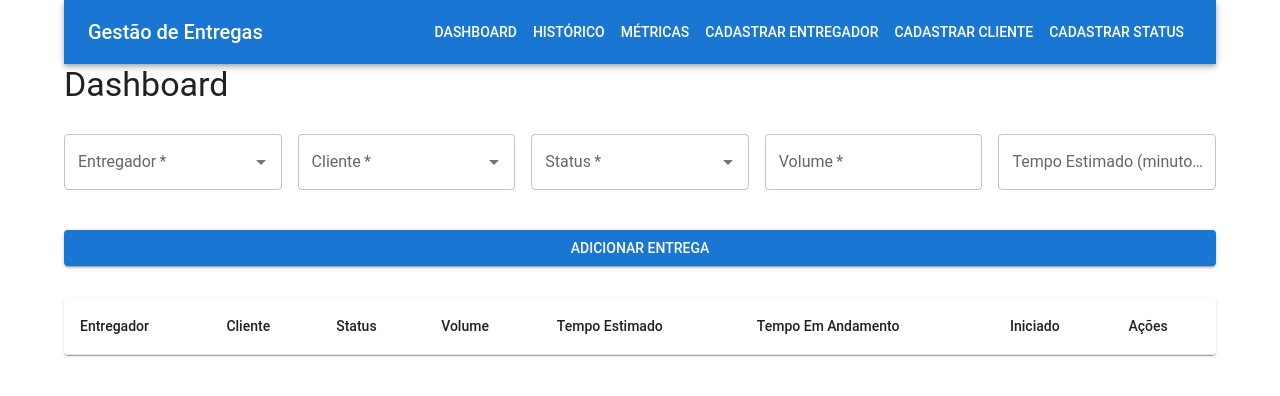
Repository: feliperanon/mobilegestao
Page: /dashboard (app in frontend/)
The author's editor kept a copy of each file at every save. The page is drawn from the files as they stood at one save, then again after a run of saves.
The browser window is 1280 px wide. The pictures show the whole page.
The page's requests for data from a server got no answer. The project was rebuilt for these pictures with package versions that can differ from the ones it lists, and the page was loaded fresh each time. No one was signed in, and anything a server would have sent is missing. Also part of the build but not shown: frontend/webpack.config.js, frontend/src/pages/Home.js, frontend/src/pages/History.js, frontend/src/pages/Analysis.js, frontend/src/components/Login.js, frontend/src/components/Register.js, frontend/src/components/AddEntregador.js, frontend/src/components/AddCliente.js and 2 more.

Above is the page before, as saved 2024-07-20 19:54:09.

### frontend/public/index.html
<!-- frontend/public/index.html -->

<!DOCTYPE html>
<html lang="en">
<head>
    <meta charset="UTF-8">
    <meta name="viewport" content="width=device-width, initial-scale=1.0">
    <title>Mobile Gestão</title>
</head>
<body>
    <div id="root"></div>
</body>
</html>

### frontend/src/index.js
import React from 'react';
import { createRoot } from 'react-dom/client';
import { BrowserRouter as Router, Route, Routes } from 'react-router-dom';
import { ThemeProvider, createTheme } from '@mui/material/styles';
import CssBaseline from '@mui/material/CssBaseline';
import Home from './pages/Home';
import History from './pages/History';
import Analysis from './pages/Analysis';
import Dashboard from './components/Dashboard';
import Login from './components/Login';
import Register from './components/Register';
import AddEntregador from './components/AddEntregador';
import AddCliente from './components/AddCliente';
import AddStatus from './components/AddStatus';
import Metrics from './components/Metrics';

const theme = createTheme({
  palette: {
    primary: {
      main: '#1976d2',
    },
    secondary: {
      main: '#dc004e',
    },
  },
  typography: {
    fontFamily: 'Roboto, Arial, sans-serif',
  },
});

const container = document.getElementById('root');
const root = createRoot(container);

root.render(
  <ThemeProvider theme={theme}>
    <CssBaseline />
    <Router>
      <Routes>
        <Route path="/" element={<Home />} />
        <Route path="/login" element={<Login />} />
        <Route path="/register" element={<Register />} />
        <Route path="/dashboard" element={<Dashboard />} />
        <Route path="/history" element={<History />} />
        <Route path="/analysis" element={<Analysis />} />
        <Route path="/metrics" element={<Metrics />} />
        <Route path="/add-entregador" element={<AddEntregador />} />
        <Route path="/add-cliente" element={<AddCliente />} />
        <Route path="/add-status" element={<AddStatus />} />
      </Routes>
    </Router>
  </ThemeProvider>
);

### frontend/src/components/Dashboard.js
import React, { useEffect, useState } from 'react';
import axios from 'axios';
import {
  Container,
  Typography,
  Box,
  Button,
  Table,
  TableBody,
  TableCell,
  TableContainer,
  TableHead,
  TableRow,
  Paper,
  IconButton,
  Dialog,
  DialogActions,
  DialogContent,
  DialogContentText,
  DialogTitle,
  TextField,
} from '@mui/material';
import Autocomplete from '@mui/material/Autocomplete';
import EditIcon from '@mui/icons-material/Edit';
import DeleteIcon from '@mui/icons-material/Delete';
import DoneIcon from '@mui/icons-material/Done';
import Navigation from './Navigation';

const Dashboard = () => {
  const [deliveries, setDeliveries] = useState([]);
  const [entregadores, setEntregadores] = useState([]);
  const [clientes, setClientes] = useState([]);
  const [statusList, setStatusList] = useState([]);
  const [entregador, setEntregador] = useState(null);
  const [selectedClientes, setSelectedClientes] = useState([]);
  const [status, setStatus] = useState(null);
  const [volume, setVolume] = useState('');
  const [tempoEstimado, setTempoEstimado] = useState('');
  const [editDialogOpen, setEditDialogOpen] = useState(false);
  const [editDeliveryId, setEditDeliveryId] = useState(null);
  const [editEntregador, setEditEntregador] = useState(null);
  const [deleteDialogOpen, setDeleteDialogOpen] = useState(false);
  const [deleteDeliveryId, setDeleteDeliveryId] = useState(null);

  useEffect(() => {
    const fetchData = async () => {
      const deliveriesRes = await axios.get('http://localhost:5008/api/deliveries');
      const updatedDeliveries = deliveriesRes.data.map(delivery => ({
        ...delivery,
        cliente: Array.isArray(delivery.cliente) ? delivery.cliente : [delivery.cliente],  // Garantir que cliente seja um array
        tempoEmAndamento: Math.floor((Date.now() - new Date(delivery.iniciado)) / 60000)
      }));
      setDeliveries(updatedDeliveries);

      const entregadoresRes = await axios.get('http://localhost:5008/api/lists/entregadores');
      setEntregadores(entregadoresRes.data);

      const clientesRes = await axios.get('http://localhost:5008/api/lists/clientes');
      setClientes(clientesRes.data);

      const statusRes = await axios.get('http://localhost:5008/api/lists/status');
      setStatusList(statusRes.data);
    };

    fetchData();

    const intervalId = setInterval(() => {
      setDeliveries((prevDeliveries) =>
        prevDeliveries.map((delivery) => ({
          ...delivery,
          tempoEmAndamento: Math.floor((Date.now() - new Date(delivery.iniciado)) / 60000)
        }))
      );
    }, 60000);

    return () => clearInterval(intervalId);
  }, []);

  const handleSubmit = async (e) => {
    e.preventDefault();
    if (!entregador || selectedClientes.length === 0 || !status) {
      alert('Por favor, preencha todos os campos obrigatórios.');
      return;
    }
    try {
      const res = await axios.post('http://localhost:5008/api/deliveries', {
        entregador: entregador?.nome,
        cliente: selectedClientes.map(cliente => cliente.nome),
        status: status?.nome,
        volume,
        tempoEstimado,
      });
      setDeliveries([{
        ...res.data,
        cliente: selectedClientes.map(cliente => cliente.nome),
        tempoEmAndamento: 0
      }, ...deliveries]);
      setEntregador(null);
      setSelectedClientes([]);
      setStatus(null);
      setVolume('');
      setTempoEstimado('');
    } catch (err) {
      console.error(err);
    }
  };

  const handleEditSubmit = async (e) => {
    e.preventDefault();
    try {
      await axios.patch(`http://localhost:5008/api/deliveries/${editDeliveryId}`, { entregador: editEntregador?.nome });
      const updatedDeliveries = deliveries.map((delivery) =>
        delivery._id === editDeliveryId ? { ...delivery, entregador: editEntregador?.nome } : delivery
      );
      setDeliveries(updatedDeliveries);
      setEditDialogOpen(false);
      setEditDeliveryId(null);
      setEditEntregador(null);
    } catch (err) {
      console.error(err);
    }
  };

  const handleFinalize = async (id) => {
    try {
      await axios.patch(`http://localhost:5008/api/deliveries/${id}/finalize`);
      const updatedDeliveries = deliveries.filter((delivery) => delivery._id !== id);
      setDeliveries(updatedDeliveries);
    } catch (err) {
      console.error(err);
    }
  };

  const handleDelete = async (id) => {
    try {
      await axios.delete(`http://localhost:5008/api/deliveries/${id}`);
      const updatedDeliveries = deliveries.filter((delivery) => delivery._id !== id);
      setDeliveries(updatedDeliveries);
      closeDeleteDialog();
    } catch (err) {
      console.error(err);
    }
  };

  const openEditDialog = (id, currentEntregador) => {
    setEditDeliveryId(id);
    setEditEntregador({ nome: currentEntregador });
    setEditDialogOpen(true);
  };

  const openDeleteDialog = (id) => {
    setDeleteDeliveryId(id);
    setDeleteDialogOpen(true);
  };

  const closeEditDialog = () => {
    setEditDialogOpen(false);
    setEditDeliveryId(null);
    setEditEntregador(null);
  };

  const closeDeleteDialog = () => {
    setDeleteDialogOpen(false);
    setDeleteDeliveryId(null);
  };

  return (
    <Container>
      <Navigation />
      <Typography variant="h4" component="h1" gutterBottom>
        Dashboard
      </Typography>
      <Box component="form" onSubmit={handleSubmit} sx={{ mb: 4, display: 'flex', flexDirection: 'row', flexWrap: 'wrap', gap: 2 }}>
        <Autocomplete
          options={entregadores}
          getOptionLabel={(option) => option.nome}
          value={entregador}
          onChange={(event, newValue) => setEntregador(newValue)}
          renderInput={(params) => <TextField {...params} label="Entregador" margin="normal" fullWidth required />}
          sx={{ flex: 1 }}
        />
        <Autocomplete
          multiple
          options={clientes}
          getOptionLabel={(option) => option.nome}
          value={selectedClientes}
          onChange={(event, newValue) => setSelectedClientes(newValue)}
          renderInput={(params) => <TextField {...params} label="Cliente" margin="normal" fullWidth required />}
          sx={{ flex: 1 }}
        />
        <Autocomplete
          options={statusList}
          getOptionLabel={(option) => option.nome}
          value={status}
          onChange={(event, newValue) => setStatus(newValue)}
          renderInput={(params) => <TextField {...params} label="Status" margin="normal" fullWidth required />}
          sx={{ flex: 1 }}
        />
        <TextField
          label="Volume"
          type="number"
          value={volume}
          onChange={(e) => setVolume(e.target.value)}
          fullWidth
          required
          margin="normal"
          sx={{ flex: 1 }}
        />
        <TextField
          label="Tempo Estimado (minutos)"
          type="number"
          value={tempoEstimado}
          onChange={(e) => setTempoEstimado(e.target.value)}
          fullWidth
          required
          margin="normal"
          sx={{ flex: 1 }}
        />
        <Button type="submit" variant="contained" color="primary" sx={{ mt: 2, flexBasis: '100%' }}>
          Adicionar Entrega
        </Button>
      </Box>
      <TableContainer component={Paper}>
        <Table>
          <TableHead>
            <TableRow>
              <TableCell>Entregador</TableCell>
              <TableCell>Cliente</TableCell>
              <TableCell>Status</TableCell>
              <TableCell>Volume</TableCell>
              <TableCell>Tempo Estimado</TableCell>
              <TableCell>Tempo Em Andamento</TableCell>
              <TableCell>Iniciado</TableCell>
              <TableCell>Ações</TableCell>
            </TableRow>
          </TableHead>
          <TableBody>
            {deliveries.map((delivery) => (
              <TableRow key={delivery._id}>
                <TableCell>{delivery.entregador}</TableCell>
                <TableCell>{delivery.cliente.join(', ')}</TableCell> {/* Tratamento como array */}
                <TableCell>{delivery.status}</TableCell>
                <TableCell>{delivery.volume}</TableCell>
                <TableCell>{delivery.tempoEstimado}</TableCell>
                <TableCell>{delivery.tempoEmAndamento}</TableCell>
                <TableCell>{new Date(delivery.iniciado).toLocaleString()}</TableCell>
                <TableCell>
                  <IconButton onClick={() => openEditDialog(delivery._id, delivery.entregador)}>
                    <EditIcon />
                  </IconButton>
                  <IconButton onClick={() => handleFinalize(delivery._id)}>
                    <DoneIcon />
                  </IconButton>
                  <IconButton onClick={() => openDeleteDialog(delivery._id)}>
                    <DeleteIcon />
                  </IconButton>
                </TableCell>
              </TableRow>
            ))}
          </TableBody>
        </Table>
      </TableContainer>

      <Dialog open={editDialogOpen} onClose={closeEditDialog}>
        <DialogTitle>Editar Entregador</DialogTitle>
        <DialogContent>
          <DialogContentText>Selecione um novo entregador para a entrega.</DialogContentText>
          <Autocomplete
            options={entregadores}
            getOptionLabel={(option) => option.nome}
            value={editEntregador}
            onChange={(event, newValue) => setEditEntregador(newValue)}
            renderInput={(params) => <TextField {...params} label="Entregador" margin="normal" fullWidth required />}
          />
        </DialogContent>
        <DialogActions>
          <Button onClick={closeEditDialog}>Cancelar</Button>
          <Button onClick={handleEditSubmit} color="primary">Salvar</Button>
        </DialogActions>
      </Dialog>

      <Dialog open={deleteDialogOpen} onClose={closeDeleteDialog}>
        <DialogTitle>Confirmar Exclusão</DialogTitle>
        <DialogContent>
          <DialogContentText>Tem certeza de que deseja excluir esta entrega?</DialogContentText>
        </DialogContent>
        <DialogActions>
          <Button onClick={closeDeleteDialog}>Cancelar</Button>
          <Button onClick={() => handleDelete(deleteDeliveryId)} color="primary">Excluir</Button>
        </DialogActions>
      </Dialog>
    </Container>
  );
};

export default Dashboard;

### frontend/src/components/Navigation.js
import React from 'react';
import { Link } from 'react-router-dom';
import { AppBar, Toolbar, Typography, Button } from '@mui/material';

const Navigation = () => {
  return (
    <AppBar position="static">
      <Toolbar>
        <Typography variant="h6" sx={{ flexGrow: 1 }}>
          Gestão de Entregas
        </Typography>
        <Button color="inherit" component={Link} to="/dashboard">Dashboard</Button>
        <Button color="inherit" component={Link} to="/history">Histórico</Button>
        <Button color="inherit" component={Link} to="/metrics">Métricas</Button>
        <Button color="inherit" component={Link} to="/add-entregador">Cadastrar Entregador</Button>
        <Button color="inherit" component={Link} to="/add-cliente">Cadastrar Cliente</Button>
        <Button color="inherit" component={Link} to="/add-status">Cadastrar Status</Button>
      </Toolbar>
    </AppBar>
  );
};

export default Navigation;

After the next 2 saves:
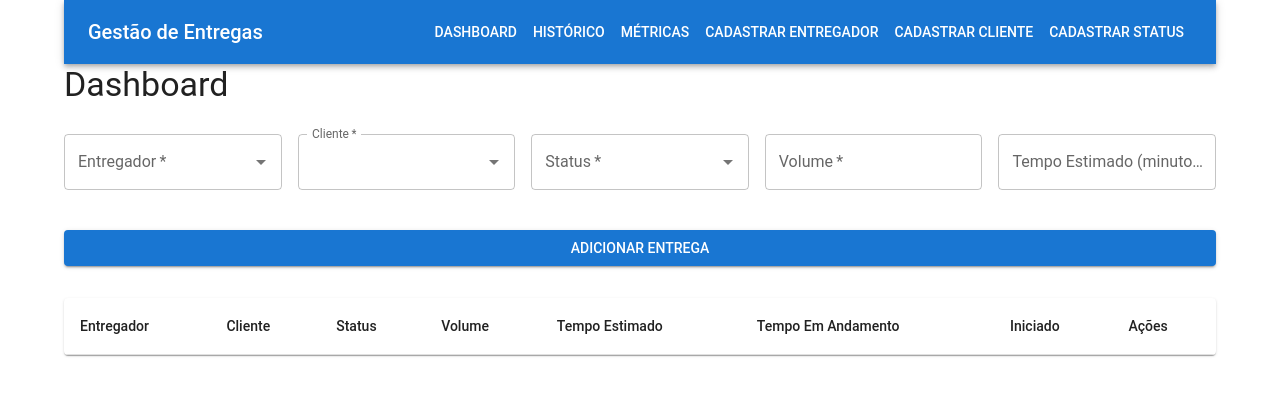
The 2 saves are shown as one change because 1 did not build or start.
The last was saved 5 min 38 s later.
--- a/frontend/src/components/Dashboard.js
+++ b/frontend/src/components/Dashboard.js
@@ -185,7 +185,7 @@
           getOptionLabel={(option) => option.nome}
           value={selectedClientes}
           onChange={(event, newValue) => setSelectedClientes(newValue)}
-          renderInput={(params) => <TextField {...params} label="Cliente" margin="normal" fullWidth required />}
+          renderInput={(params) => <TextField {...params} label="Cliente" margin="normal" fullWidth required InputLabelProps={{ shrink: true }} />}
           sx={{ flex: 1 }}
         />
         <Autocomplete

After the save that followed:
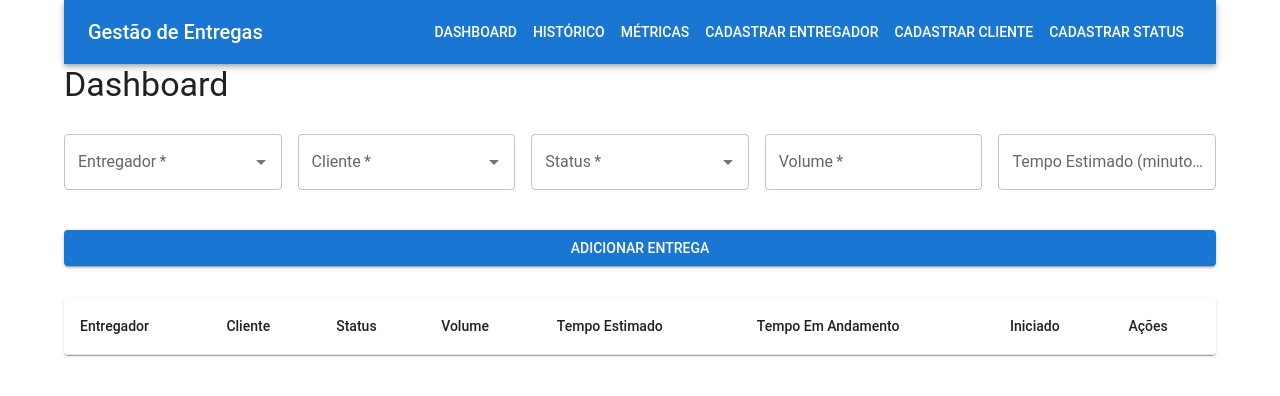
Saved 3 min 29 s later.
--- a/frontend/src/components/Dashboard.js
+++ b/frontend/src/components/Dashboard.js
@@ -32,7 +32,7 @@
   const [clientes, setClientes] = useState([]);
   const [statusList, setStatusList] = useState([]);
   const [entregador, setEntregador] = useState(null);
-  const [selectedClientes, setSelectedClientes] = useState([]);
+  const [cliente, setCliente] = useState(null);
   const [status, setStatus] = useState(null);
   const [volume, setVolume] = useState('');
   const [tempoEstimado, setTempoEstimado] = useState('');
@@ -47,7 +47,6 @@
       const deliveriesRes = await axios.get('http://localhost:5008/api/deliveries');
       const updatedDeliveries = deliveriesRes.data.map(delivery => ({
         ...delivery,
-        cliente: Array.isArray(delivery.cliente) ? delivery.cliente : [delivery.cliente],  // Garantir que cliente seja um array
         tempoEmAndamento: Math.floor((Date.now() - new Date(delivery.iniciado)) / 60000)
       }));
       setDeliveries(updatedDeliveries);
@@ -78,25 +77,24 @@
 
   const handleSubmit = async (e) => {
     e.preventDefault();
-    if (!entregador || selectedClientes.length === 0 || !status) {
+    if (!entregador || !cliente || !status) {
       alert('Por favor, preencha todos os campos obrigatórios.');
       return;
     }
     try {
       const res = await axios.post('http://localhost:5008/api/deliveries', {
         entregador: entregador?.nome,
-        cliente: selectedClientes.map(cliente => cliente.nome),
+        cliente: cliente?.nome,
         status: status?.nome,
         volume,
         tempoEstimado,
       });
       setDeliveries([{
         ...res.data,
-        cliente: selectedClientes.map(cliente => cliente.nome),
         tempoEmAndamento: 0
       }, ...deliveries]);
       setEntregador(null);
-      setSelectedClientes([]);
+      setCliente(null);
       setStatus(null);
       setVolume('');
       setTempoEstimado('');
@@ -180,12 +178,11 @@
           sx={{ flex: 1 }}
         />
         <Autocomplete
-          multiple
           options={clientes}
           getOptionLabel={(option) => option.nome}
-          value={selectedClientes}
-          onChange={(event, newValue) => setSelectedClientes(newValue)}
-          renderInput={(params) => <TextField {...params} label="Cliente" margin="normal" fullWidth required InputLabelProps={{ shrink: true }} />}
+          value={cliente}
+          onChange={(event, newValue) => setCliente(newValue)}
+          renderInput={(params) => <TextField {...params} label="Cliente" margin="normal" fullWidth required />}
           sx={{ flex: 1 }}
         />
         <Autocomplete
@@ -238,7 +235,7 @@
             {deliveries.map((delivery) => (
               <TableRow key={delivery._id}>
                 <TableCell>{delivery.entregador}</TableCell>
-                <TableCell>{delivery.cliente.join(', ')}</TableCell> {/* Tratamento como array */}
+                <TableCell>{delivery.cliente}</TableCell> {/* Tratamento como string */}
                 <TableCell>{delivery.status}</TableCell>
                 <TableCell>{delivery.volume}</TableCell>
                 <TableCell>{delivery.tempoEstimado}</TableCell>
